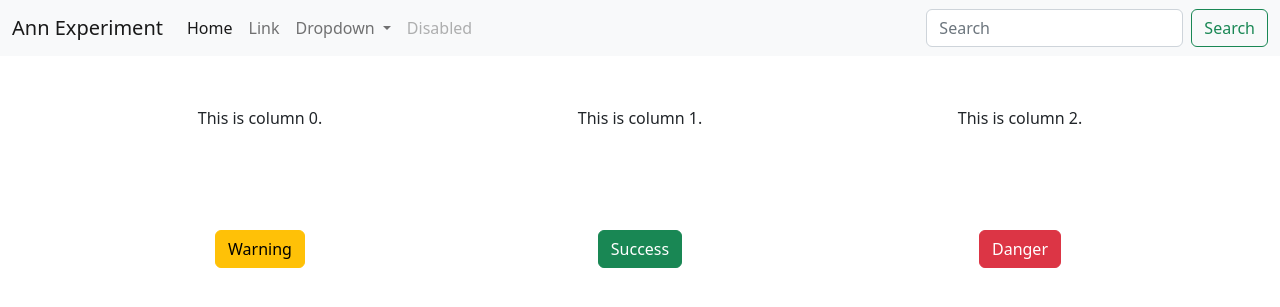
Repository: annferracane/phase-0-personal-website
Page: index.html
An editor plug-in stored every save of this project. The page is shown before and after the next save, followed by the edit.
The browser window is 1280 px wide. The pictures show the whole page.

Above is the page before, as saved 2022-11-13 16:51:17.

After the next save:
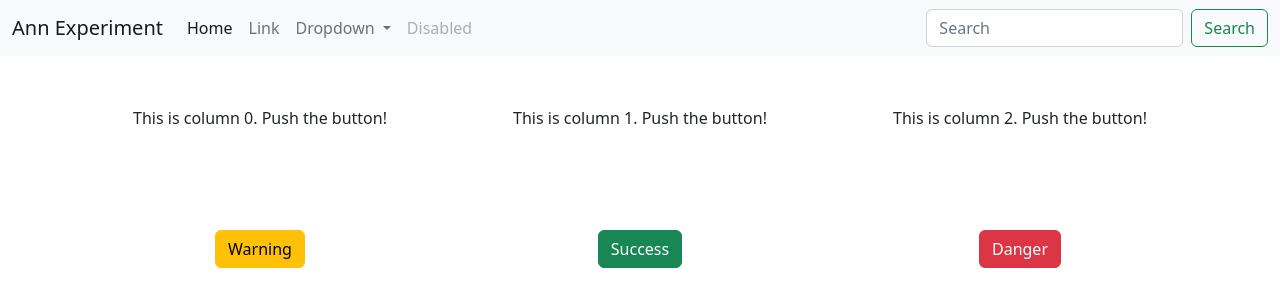
Saved 27 s later.
--- a/script.js
+++ b/script.js
@@ -16,7 +16,7 @@ for (i = 0; i < 3; i++){
 
     // create div for text
     const divText = document.createElement("div");
-    divText.textContent = `This is column ${i}.`
+    divText.textContent = `This is column ${i}. Push the button!`
     divText.className = "colText";
     divText.id = `main-div-col-text-${i}`;
 
